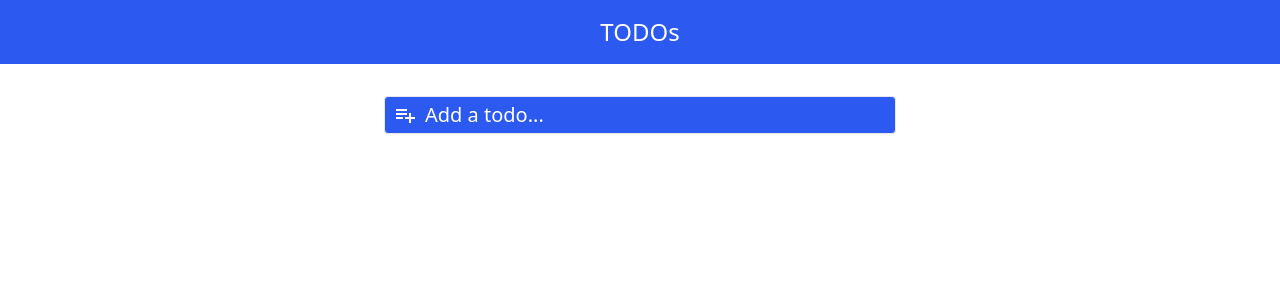
Repository: Jay-JYKim91/wanted-pre-onboarding-challenge-fe-1
Page: /
An editor plug-in stored every save of this project. The page is shown before and after the next save, followed by the edit.
The browser window is 1280 px wide. The pictures show the whole page.
The page's requests for data from a server got no answer. The project was rebuilt for these pictures with package versions that can differ from the ones it lists, and the page was loaded fresh each time. No one was signed in, and anything a server would have sent is missing. Also part of the build but not shown: src/page/Auth.tsx.

Above is the page before, as saved 2022-08-02 15:02:04.

### src/index.tsx
import React from "react"
import ReactDOM from "react-dom/client"
import "./index.css"
import App from "./App"
import { BrowserRouter } from "react-router-dom"

const root = ReactDOM.createRoot(document.getElementById("root") as HTMLElement)
root.render(
  <React.StrictMode>
    <BrowserRouter>
      <App />
    </BrowserRouter>
  </React.StrictMode>
)

### src/App.tsx
import React, { useEffect, useState } from "react"
import { Route, Routes, useNavigate } from "react-router-dom"
import Auth from "./page/Auth"
import Main from "./page/Main"

// type UserToken = {
//   userToken: string | null
// }

function App() {
  const navigate = useNavigate()
  const userToken = window.localStorage.getItem("userToken")
  const [todos, setTodos] = useState([])

  useEffect(() => {
    if (userToken === "") {
      window.alert("Please login first.")
      navigate("/auth")
    } else {
      fetch("http://localhost:8080/todos", {
        method: "GET",
        headers: { Authorization: userToken! },
      })
        .then((response) => response.json())
        .then((res) => {
          setTodos(res.data)
        })
    }
  }, [])

  return (
    <div className="App">
      <header className="bg-primary-900 text-white text-center py-4 text-2xl">
        <span>TODOs</span>
      </header>
      <Routes>
        <Route path="/" element={<Main todos={todos} />} />
        <Route path="/auth" element={<Auth />} />
      </Routes>
    </div>
  )
}

export default App

### src/page/Main.tsx
import React, { useState } from "react"
import { MdPlaylistAdd, MdLibraryAdd } from "react-icons/md"

type Props = {
  todos: TodoProps[]
}

type DisplayForm = "open" | "close"

type TodoProps = {
  title: string
  content: string
  id: string
  createdAt: string
  updatedAt: string
}

function Main({ todos }: Props) {
  console.log(todos)
  const [titleInput, setTitleInput] = useState("")
  const [contentInput, setContentInput] = useState("")

  function handleTodoAddForm(displayForm: DisplayForm) {
    const btn = document.getElementById("addTodoBtn")
    const form = document.getElementById("addTodoForm")

    if (displayForm === "open") {
      btn!.style.display = "none"
      form!.style.display = "block"
    } else {
      btn!.style.display = "flex"
      form!.style.display = "none"
    }
  }

  function handleAddTodo(event: React.FormEvent<HTMLFormElement>) {
    event.preventDefault()

    const userToken = window.localStorage.getItem("userToken")
    const data = {
      title: titleInput,
      content: contentInput,
    }

    fetch("http://localhost:8080/todos", {
      method: "POST",
      headers: {
        "Content-Type": "application/json",
        Authorization: userToken!,
      },
      body: JSON.stringify(data),
    })
      .then((response) => response.json())
      .then((res) => {
        if (res.data) {
          setTitleInput("")
          setContentInput("")
          handleTodoAddForm("close")
        }
      })
  }

  return (
    <div className="max-w-xs md:max-w-lg mx-auto my-8">
      <button
        id="addTodoBtn"
        type="button"
        className="flex items-center border rounded bg-primary-900 text-white px-2 py-1 w-full"
        onClick={() => handleTodoAddForm("open")}
      >
        <MdPlaylistAdd className="mr-2 text-2xl" />
        <span className="text-xl">Add a todo...</span>
      </button>
      <form
        className="my-4 hidden"
        id="addTodoForm"
        onSubmit={(event) => handleAddTodo(event)}
      >
        <div className="flex flex-col mb-2">
          <label htmlFor="titleInput">Title</label>
          <input
            type="text"
            id="titleInput"
            required
            onChange={(event) => setTitleInput(event.target.value)}
            className="border rounded"
          />
        </div>
        <div className="flex flex-col mb-2">
          <label htmlFor="contentInput">Content</label>
          <textarea
            name="contentInput"
            id="contentInput"
            cols={30}
            rows={3}
            onChange={(event) => setContentInput(event.target.value)}
            className="border rounded"
          ></textarea>
        </div>
        <button
          type="submit"
          className="p-2 my-4 float-right flex items-center rounded bg-primary-900 text-white shadow-lg"
        >
          <MdLibraryAdd className="mr-2" />
          <span>Add a todo</span>
        </button>
      </form>
      <ul>
        {todos.map((todo: TodoProps) => {
          return <li>{todo.title}</li>
        })}
      </ul>
    </div>
  )
}

export default Main

### tailwind.config.js
/** @type {import('tailwindcss').Config} */
module.exports = {
  content: [
    "./src/**/*.{js,jsx,ts,tsx}",
  ],
  theme: {
    extend: {
      colors: {
        'primary': {
          100: '#47dfbc',
          500: '#428afe',
          900: '#2c5af1',
        }
      },
    },
  },
  plugins: [],
}

Loaded but not shown: public/index.html (common file); src/index.css (common file)

After the next save:
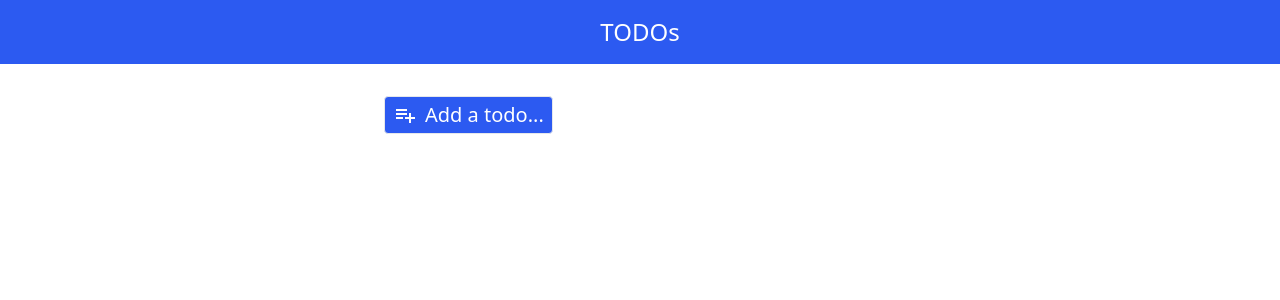
Saved 2 min 0 s later.
--- a/src/page/Main.tsx
+++ b/src/page/Main.tsx
@@ -65,7 +65,7 @@ function Main({ todos }: Props) {
       <button
         id="addTodoBtn"
         type="button"
-        className="flex items-center border rounded bg-primary-900 text-white px-2 py-1 w-full"
+        className="flex items-center border rounded bg-primary-900 text-white px-2 py-1 w-fit"
         onClick={() => handleTodoAddForm("open")}
       >
         <MdPlaylistAdd className="mr-2 text-2xl" />
